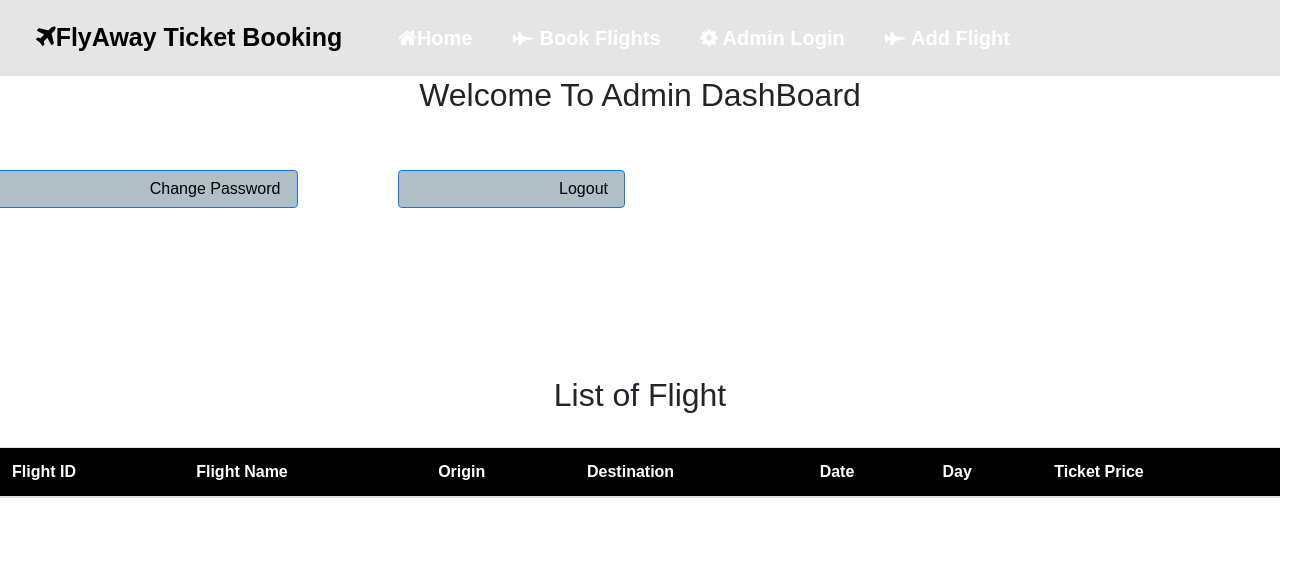
Repository: sayrabano/Phase2-project
Page: http://localhost/FlyAway/adminDashboard.jsp
An editor plug-in stored every save of this project. The page is shown before and after the next save, followed by the edit.
The browser window is 1280 px wide. The page is 1295 px wide, so the pictures cover 1295 px, including what lies to the right of the window. The pictures show the whole page.
Some web fonts or font styles are not loaded; a fallback is used. The page is served by Tomcat 9. Queries for data that is not in the repository find no rows.

Above is the page before, as saved 2021-09-24 20:07:04.

After the next save:
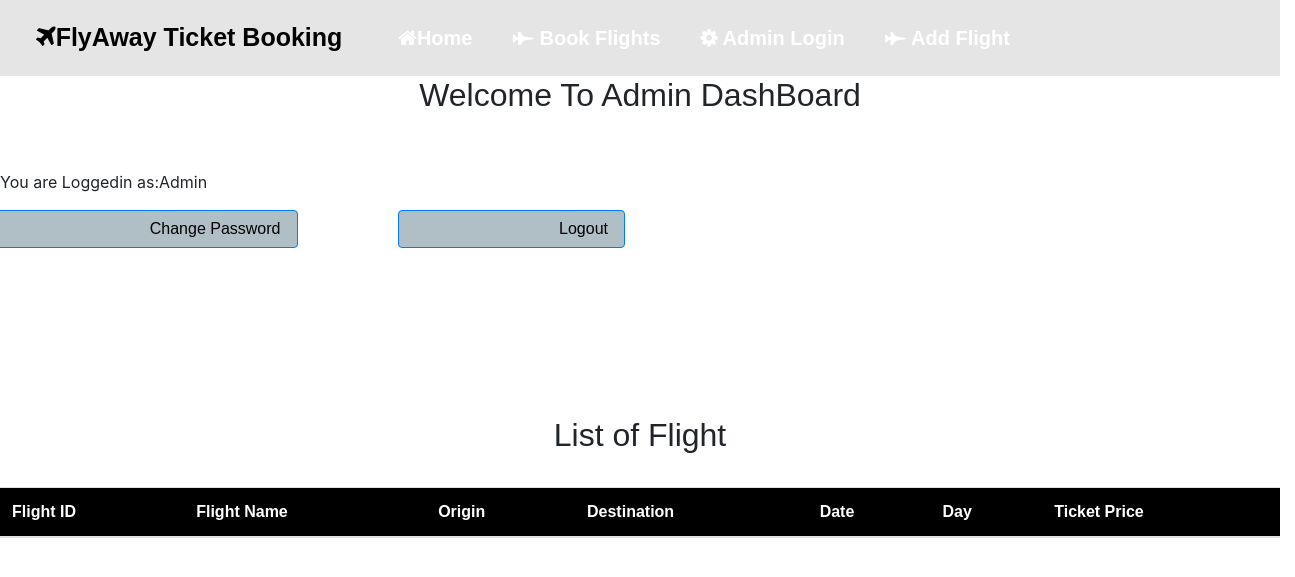
Saved 86 s later.
--- a/FlyAway/src/main/webapp/adminDashboard.jsp
+++ b/FlyAway/src/main/webapp/adminDashboard.jsp
@@ -91,6 +91,7 @@ ResultSet resultSet = null;
 	<div>
 		<h2>Welcome To Admin DashBoard</h2>
 	<br><br>
+	<p>You are Loggedin as:<%=LogIn.username %></p>
 	</div>
 	<div class="row" align="center">
 	<div class="col-lg-3 col-md-4 col-sm-4 mb-4">
